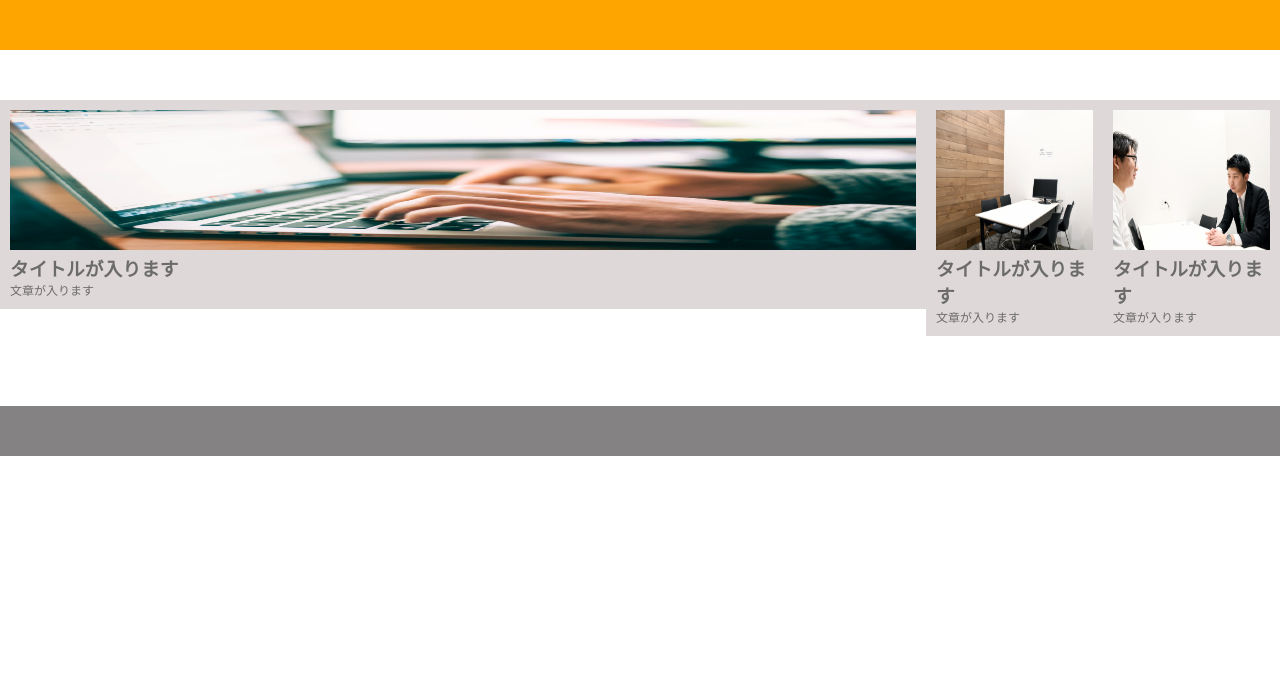
Repository: ishidaryu/ishidaryu
Page: HW/HW.html
The author's editor kept a record of every edit. The page is drawn from the files as they stood at one moment, then again after the next edit.
The browser window is 1280 px wide. The pictures show the whole page.

Above is the page before.

### HW/HW.html
<!DOCTYPE html>
<html lang="ja">

  <head>
     <meta charset="UTF-8" />
     <link rel="stylesheet" href="HW.css" />
  </head>

  <body>

    <header>
      <h1 class="heading"></h1>
    </header>


    <main>
      <section class="blog">
        <div calss-="blog-box">
          <div class="blog-item">
            <img class="blog-image" src="flow01.png" />
            <section class="blog-text">
              <h3 class="blog-text-headimg">
                <a href="single.html">
                  タイトルが入ります
                </a>
              </h3>
            <p class="blog-date">文章が入ります</p>
            </section>
          </div>
        </section>

          <div class="blog-item">
            <img class="blog-image" src="flow02.png" />
            <section class="blog-text">
              <h3 class="blog-text-headimg">
                <a href="single.html">
                  タイトルが入ります
                </a>
              </h3>
            <p class="blog-date">文章が入ります</p>
            </section>
          </div>
        </section>

          <div class="blog-item">
            <img class="blog-image" src="flow03.png" />
            <section class="blog-text">
              <h3 class="blog-text-headimg">
                <a href="single.html">
                  タイトルが入ります
                </a>
              </h3>
            <p class="blog-date">文章が入ります</p>
            </section>
          </div>
        </section>
        </div>

    </main>


    <footer></footer>

  </body>
</html>

### HW/HW.css
* {
  margin: 0;
  padding: 0;
  box-sizing: border-box;
  color: #6c6b6b;
}



a {
  text-decoration: none;
}

header {
  width: 100%;
  height: 50px;
  background-color: orange;
}

main {
  width: 100%;
  display: flex;
  justify-content: center;
  margin: 0 auto;
  padding: 50px 0;
}

.blog {
  width: 90%;
}


.blog-box {
  padding-top: 50px;
}

.blog-item {
  padding-bottom: 10px;
  margin-bottom: 20px;
  justify-content: flex-start;
  background-color: #dfd8d8;
}

.blog-image {
  width: 100%;
  height: 150px;
  padding: 10px 10px 0 10px;
}

.blog-text {
  padding-left: 10px;
}

.blog-text-heading {
  padding-bottom: 15px;
}

.blog-date {
  font-size: 12px;
  display: inline-block;
}

footer {
  width: 100%;
  height: 50px;
  background-color: #848282;
}

@media screen and (max-width: 768px) {

   main {
     width: 100%;
     display: block;
   }

  .blog {
    width: 100%;
    display: block;
  }

  .blog-image {
    width: 50%;
  }

  .blog-text {
    width: 50%;
    padding-top: 5%;
  }
}

After the next edit:
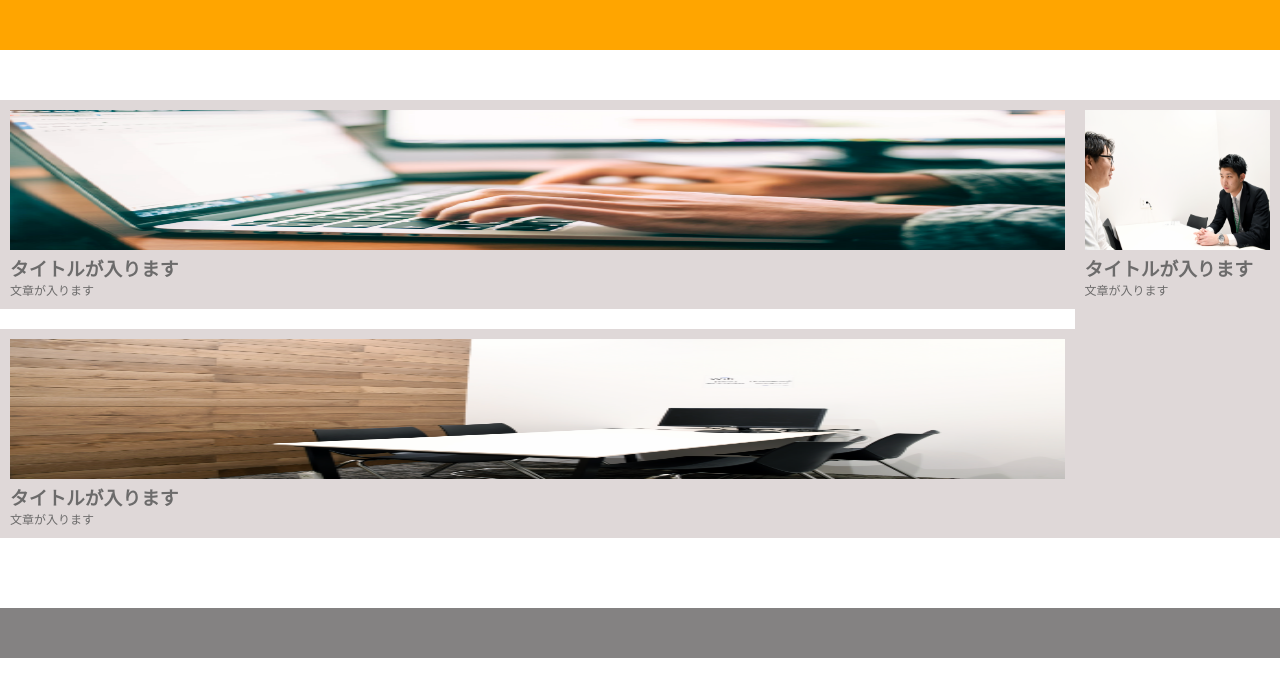
The edit:
--- a/HW/HW.html
+++ b/HW/HW.html
@@ -27,7 +27,6 @@
             <p class="blog-date">文章が入ります</p>
             </section>
           </div>
-        </section>
 
           <div class="blog-item">
             <img class="blog-image" src="flow02.png" />
